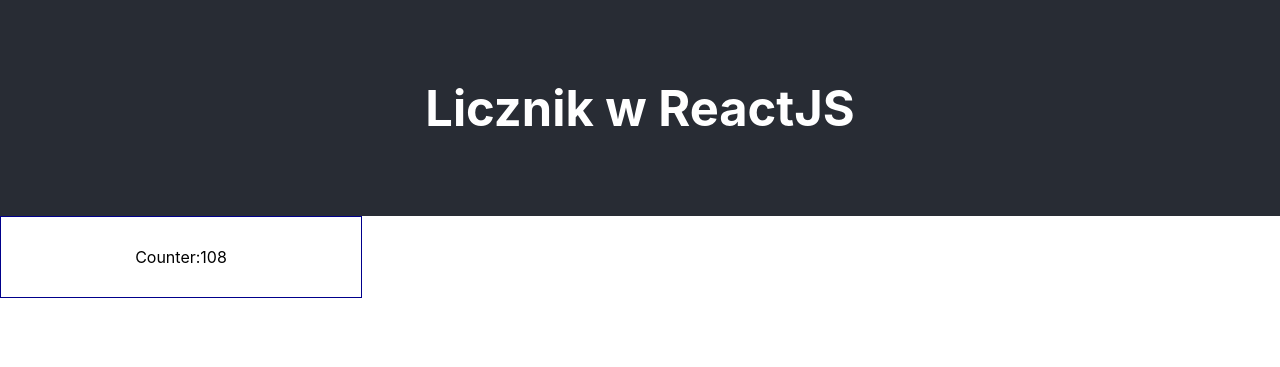
Repository: magdaf41/react-counter-app
Page: /
An editor plug-in stored every save of this project. The page is shown before and after the next save, followed by the edit.
The browser window is 1280 px wide. The pictures show the whole page.
The project was rebuilt for these pictures with package versions that can differ from the ones it lists, and the page was loaded fresh each time.

Above is the page before, as saved 2020-10-04 11:19:46.

After the next save:
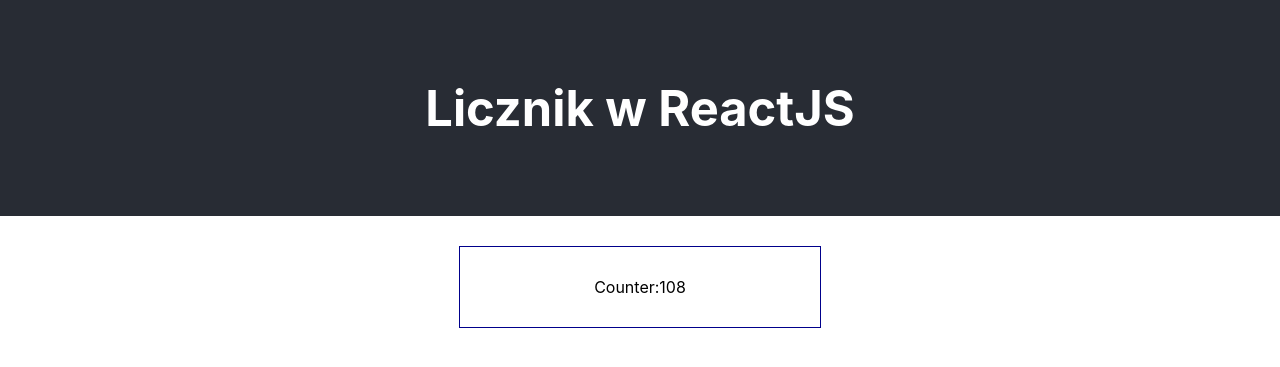
Saved 10 s later.
--- a/src/Counter.css
+++ b/src/Counter.css
@@ -3,4 +3,5 @@
     padding: 30px;
     width: 300px;
     left: 0;
+    margin: 30px auto;
 }
